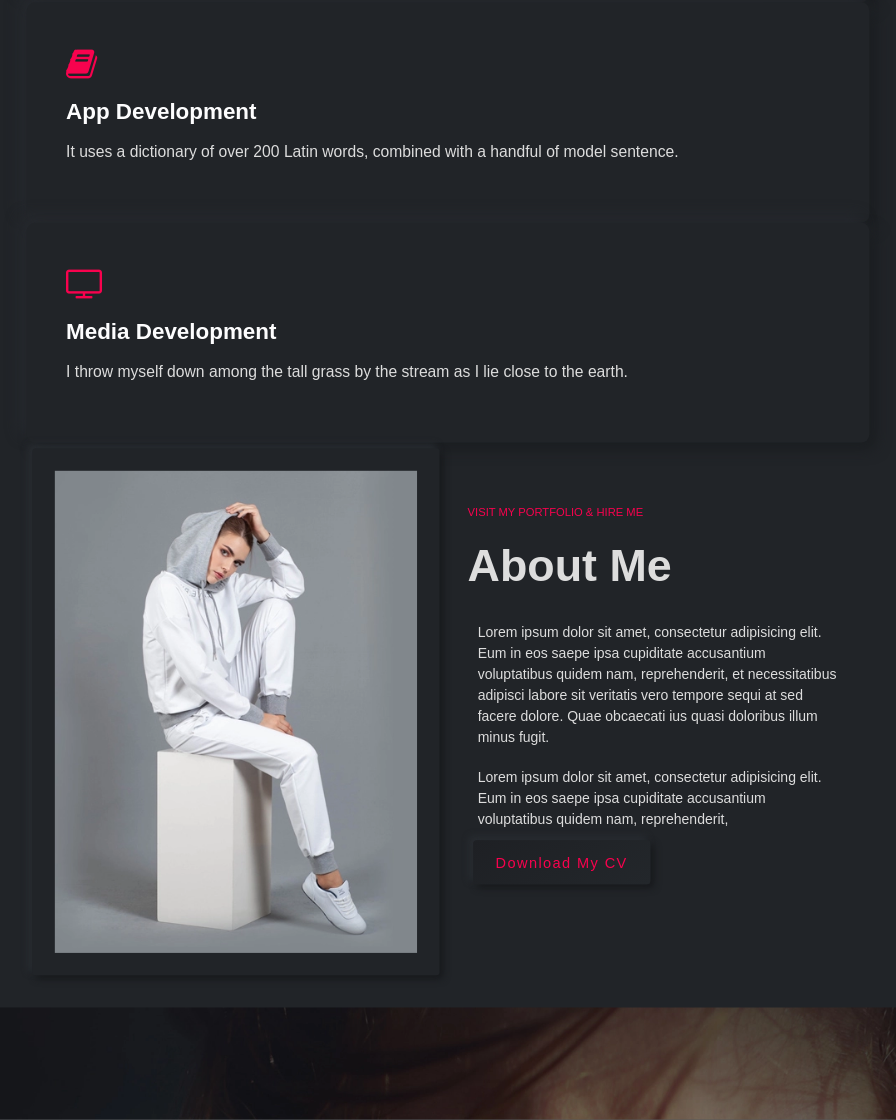
Repository: arminprogramme/inbio
Page: /
An editor plug-in stored every save of this project. The page is shown before and after the next save, followed by the edit.
The browser window is 1280 px wide. The pictures show the part of the page from y = 1275 to 3195 px (the page is 2875 px tall before and 3195 px after), at 70% of full size.
Some web libraries are served in a nearby version. The project was rebuilt for these pictures with package versions that can differ from the ones it lists, and the page was loaded fresh each time. Also part of the build but not shown: vite.config.js.

Above is the page before, as saved 2023-10-20 04:07:04.

### index.html
<!doctype html>
<html lang="en">

<head>
    <meta charset="UTF-8" />
    <link rel="icon" type="image/svg+xml" href="/vite.svg" />
    <link rel="stylesheet" href="https://cdnjs.cloudflare.com/ajax/libs/font-awesome/4.7.0/css/font-awesome.min.css">
    <link href="https://cdnjs.cloudflare.com/ajax/libs/flowbite/1.8.1/flowbite.min.css" rel="stylesheet" />
    <meta name="viewport" content="width=device-width, initial-scale=1.0" />
    <title>Vite + React</title>
</head>

<body>
    <div id="root"></div>
    <script src="https://cdnjs.cloudflare.com/ajax/libs/flowbite/1.8.1/flowbite.min.js"></script>
    <script type="module" src="/src/main.jsx"></script>
</body>

</html>

### src/App.jsx
import   { Component } from 'react';
import LandingPage from './Component/LandingPage.jsx'
import './App.css'

class App extends Component {


  render() {
    return (
    <div>
      <LandingPage />
    </div>
    );
  }


}

export default App;

### src/index.css
:root {
    font-family: Inter, system-ui, Avenir, Helvetica, Arial, sans-serif;
}

a {
    font-weight: 500;
    color: #646cff;
    text-decoration: inherit;
}

* {
    padding: 0;
    margin: 0;
    box-sizing: border-box;
}

@tailwind base;
@tailwind components;
@tailwind utilities;
a:hover {
    color: #535bf2;
}

body {
    margin: 0;
    font-family: 'Vazir', sans-serif;
}

h1 {
    font-size: 3.2em;
    line-height: 1.1;
}

@media (prefers-color-scheme: light) {
     :root {
        color: #213547;
        background-color: #ffffff;
    }
    a:hover {
        color: #747bff;
    }
    button {
        background-color: #f9f9f9;
    }
}

### src/Component/LandingPage.jsx
import  { Component } from 'react';
import Header from './Header/Header.jsx'
import Body from './Body/Body.jsx'
//import Footer from './Footer/Footer.jsx'
class LandingPage extends Component {
    render() {
        return (
            <div>
                <Header/>
                <Body/>

            </div>
        );
    }
}

export default LandingPage;

### src/Component/Header/Header.jsx
import  { Component } from 'react';
import NavBar from './Navbar.jsx'
import './Header.css'
class Header extends Component {
    render() {
        return (
            <div>
                <NavBar/>
                <div className="banner-header text-center">
                    <h1 className='font-bold text-white'>KRISTINA SOMOLYER</h1>
                    <p>American Supermodel & Entrepreneur</p>
                </div>
            </div>
        );
    }
}

export default Header;

### src/Component/Body/Body.jsx
import  { Component } from 'react';
import Services from './Services/Services.jsx'
import About from './About/About.jsx'
import './Body.css'
class Body extends Component {
    render() {
        return (
            <>
            <div className='black-bg '>
                <div className="limit-width">
                    <Services/>
                    <About/>
                </div>
                <div className="girl-bg">

                </div>
            </div>
            </>
        );
    }
}

export default Body;

### src/Component/Header/Navbar.jsx
import  { Component } from 'react';

class Navbar extends Component {
    render() {
        return (
            <div>

<nav className=" black-bg">
  <div className="max-w-screen-xl flex flex-wrap items-center justify-between mx-auto p-6">
    <a href="https://.com/" className="flex items-center">
       <h2 className='text-white'>React Project</h2>
    </a>
    <button data-collapse-toggle="navbar-default" type="button"  className="inline-flex items-center p-2 w-10 h-10 justify-center text-sm text-white rounded-lg md:hidden " aria-controls="navbar-default" aria-expanded="false">
    <i className="fa fa-bars text-white"></i>

    </button>
    <div className="hidden w-full md:block md:w-auto" id="navbar-default">
      <ul className="font-medium flex flex-col p-4 md:p-0 mt-4 border border-gray-100 rounded-lg text-white md:flex-row md:space-x-8 md:mt-0 md:border-0 black-bg">
        <li>
          <a href="#" className="block py-2 pl-3 pr-4 text-white md:hover:text-gray-700 dark:text-white md:dark:hover:text-gray-500 rounded md:bg-transparent md:p-0 " aria-current="page">Home</a>
        </li>
        <li>
          <a href="#" className="block py-2 pl-3 pr-4 text-gray-900 rounded hover:bg-gray-100 md:hover:bg-transparent md:border-0 md:hover:text-gray-700 md:p-0 dark:text-white md:dark:hover:text-gray-500 dark:hover:bg-gray-700 dark:hover:text-white md:dark:hover:bg-transparent">About</a>
        </li>
        <li>
          <a href="#" className="block py-2 pl-3 pr-4 text-gray-900 rounded md:hover:text-gray-700 md:p-0 dark:text-white md:dark:hover:text-gray-500 dark:hover:bg-gray-700 dark:hover:text-white md:dark:hover:bg-transparent">Services</a>
        </li>
        <li>
          <a href="#" className="block py-2 pl-3 pr-4 text-gray-900 rounded hover:bg-gray-100 md:hover:bg-transparent md:border-0 md:hover:text-gray-700 md:p-0 dark:text-white md:dark:hover:text-gray-500 dark:hover:bg-gray-700 dark:hover:text-white md:dark:hover:bg-transparent">Pricing</a>
        </li>
        <li>
          <a href="#" className="block py-2 pl-3 pr-4 text-gray-900 rounded hover:bg-gray-100 md:hover:bg-transparent md:border-0md:hover:text-gray-700 md:p-0 dark:text-white md:dark:hover:text-gray-500 dark:hover:bg-gray-700 dark:hover:text-white md:dark:hover:bg-transparent">Contact</a>
        </li>
      </ul>
    </div>
  </div>
</nav>

            </div>
        );
    }
}

export default Navbar;

### src/Component/Header/Header.css
.black-bg {
    background-color: #212428;
}

.banner-header {
    background-image: url(../../../bg-image-12.webp);
    background-position: center;
    background-size: cover;
    padding: 20.25rem 0;
}

.banner-header h1 {
    letter-spacing: 6px;
    font-size: 3.2rem;
}

.banner-header p {
    letter-spacing: 6px;
    font-size: 1.2rem;
    padding: 2rem 0;
    color: #fff;
}

### src/Component/Body/Services/Services.jsx
import  { Component } from 'react';
import ServicesItem from './ServicesItem.jsx'
import './Services.css'
class Services extends Component {

    constructor(props){
        super(props)

        this.state = {
            services : [
                {id : 1 , icon : 'red-color fa fa-bars' , title : 'Web Development' , text : 'I throw myself down among the tall grass by the stream as I lie close to the earth.'},
                {id : 2 , icon : 'red-color fa fa-book' , title : 'App Development' , text : 'It uses a dictionary of over 200 Latin words, combined with a handful of model sentence.'},
                {id : 3 , icon : 'red-color fa fa-television' , title : 'Media Development' , text : 'I throw myself down among the tall grass by the stream as I lie close to the earth.'},
            ]
        }
    }
    render() {
        return (
            <div>
              <div className="grid  grid-cols-1 lg:grid-cols-3 gap-10">
              {this.state.services.map(services => {
                return <ServicesItem key={services.id} {...services} />
               })}
              </div>
            </div>
        );
    }
}

export default Services;

### src/Component/Body/About/About.jsx
import  { Component } from 'react';
import ButtonSpecial from '../Buttons/ButtonSpecial.jsx'
import   './About.css'
class About extends Component {

    constructor(props){
        super(props)

        this.state= {
            title : 'Download My CV'
        }
    }
    render() {
        return (
            <div>
                <div className="about-container my-52 grid grid-cols-1 lg:grid-cols-2 gap-2">
                    <div className="img-about">
                        <div className="inner-img-about">
                            <img src="about-5.webp" className='rounded' alt="" />
                        </div>
                    </div>
                    <div className="content-about">
                        <h5 className='red-color'>VISIT MY PORTFOLIO & HIRE ME</h5>
                        <h2>About Me</h2>
                        <p>Lorem ipsum dolor sit amet, consectetur adipisicing elit. Eum in eos saepe ipsa cupiditate accusantium voluptatibus quidem nam, reprehenderit, et necessitatibus adipisci labore sit veritatis vero tempore sequi at sed facere dolore. Quae obcaecati ius quasi doloribus illum minus fugit.</p>
                        <p>Lorem ipsum dolor sit amet, consectetur adipisicing elit. Eum in eos saepe ipsa cupiditate accusantium voluptatibus quidem nam, reprehenderit,</p>

                       <div className="mx-2 button-about">
                       <ButtonSpecial title={this.state.title}/>
                       </div>
                    </div>
                </div>
            </div>
        );
    }
}

export default About;

### src/Component/Body/Body.css
.limit-width {
    max-width: 1450px;
    padding: 6rem 3% 3%;
    margin: auto;
}

.girl-bg {
    background-image: url(../../../bg-image-8.webp);
    padding: 5em;
}

### src/Component/Body/Services/ServicesItem.jsx
import { Component } from 'react';

class ServicesItem extends Component {
    render() {
        return (
            <div className='services-item'>
                <div className="icon-services">
                    <i className={this.props.icon}></i>
                </div>
                <div className="content-services">
                <h2 className='font-bold'>{this.props.title}</h2>
                <p>{this.props.text}</p>
                </div>
            </div>
        );
    }
}

export default ServicesItem;

### src/Component/Body/Services/Services.css
.icon-services i {
    font-size: 3rem;
}

.red-color {
    color: #f8024e;
}

.content-services {
    padding: 1.2rem 0;
    color: #FDFDFE;
}

.content-services h2 {
    font-size: 2rem;
    padding-bottom: 1rem;
}

.content-services p {
    line-height: 2.25rem;
    font-size: 1.4rem;
}

.services-item {
    border-radius: 12px;
    transition: 0.5s!important;
    padding: 4rem 3.5rem;
    background: #212428;
    box-shadow: 10px 10px 20px #1b1e21, -10px -10px 20px #272a2f;
    -webkit-transition: 0.5s!important;
    -moz-transition: 0.5s!important;
    -ms-transition: 0.5s!important;
    -o-transition: 0.5s!important;
    cursor: pointer;
}

.services-item:hover {
    border-radius: 12px;
    transform: translateY(-1.2rem);
    transition: 0.5s!important;
    background: linear-gradient(145deg, #23272b, #16171a);
    box-shadow: 10px 10px 13px #1b1e21, -10px -10px 13px #272a2f;
    -webkit-transition: 0.5s!important;
    -moz-transition: 0.5s!important;
    -ms-transition: 0.5s!important;
    -o-transition: 0.5s!important;
    -webkit-transform: translateY(-1.2rem);
    -moz-transform: translateY(-1.2rem);
    -ms-transform: translateY(-1.2rem);
    -o-transform: translateY(-1.2rem);
}

### src/Component/Body/Buttons/ButtonSpecial.jsx
import  { Component } from 'react';
import   './Buttons.css'
class ButtonSpecial extends Component {
    render() {
        return (
           <button className='sp-button red-color'>{this.props.title}</button>
        );
    }
}

export default ButtonSpecial;

### src/Component/Body/About/About.css
.inner-img-about,
.img-about {
    padding: 0.5rem;
    border-radius: 5px;
    max-width: 100%;
}

.inner-img-about {
    border-radius: 5px;
    background: #212428;
    box-shadow: 5px 5px 10px #17191c, -5px -5px 10px #2b2f34;
    -webkit-border-radius: 5px;
    -moz-border-radius: 5px;
    -ms-border-radius: 5px;
    -o-border-radius: 5px;
}

.inner-img-about img {
    width: 100%;
    border-radius: 5px!important;
    -webkit-border-radius: 5px!important;
    -moz-border-radius: 5px!important;
    padding: 1.5rem;
    -ms-border-radius: 5px!important;
    -o-border-radius: 5px!important;
}

.content-about {
    margin: 5.5rem 1.5rem;
}

.content-about h2,
p {
    color: #ddd;
}

.content-about h2 {
    font-size: 4rem;
    padding: 1rem 0;
    font-weight: bold;
}

.content-about p {
    font-size: 1.25rem;
    padding: 0.9rem;
}

### src/Component/Body/Buttons/Buttons.css
.sp-button {
    border-radius: 5px;
    background: linear-gradient(145deg, #1e2024, #23272b);
    box-shadow: 5px 5px 10px #17191c, -5px -5px 10px #2b2f34;
    padding: 1rem 2rem;
    font-size: 1.3rem;
    -webkit-border-radius: 5px;
    -moz-border-radius: 5px;
    letter-spacing: 2px;
    -ms-border-radius: 5px;
    transition: 0.3s;
    -o-border-radius: 5px;
    -webkit-transition: 0.3s;
    -moz-transition: 0.3s;
    -ms-transition: 0.3s;
    -o-transition: 0.3s;
}

.sp-button:hover {
    transition: 0.3s;
    border-radius: 5px;
    transform: translateY(-3px);
    background: linear-gradient(145deg, #23272b, #1e2024);
    box-shadow: 5px 5px 10px #17191c, -5px -5px 10px #2b2f34;
    -webkit-border-radius: 5px;
    -moz-border-radius: 5px;
    -ms-border-radius: 5px;
    -o-border-radius: 5px;
    -webkit-transition: 0.3s;
    -moz-transition: 0.3s;
    -ms-transition: 0.3s;
    -o-transition: 0.3s;
    -webkit-transform: translateY(-3px);
    -moz-transform: translateY(-3px);
    -ms-transform: translateY(-3px);
    -o-transform: translateY(-3px);
}

Loaded but not shown: src/main.jsx (common file); src/App.css (common file)

After the next save:
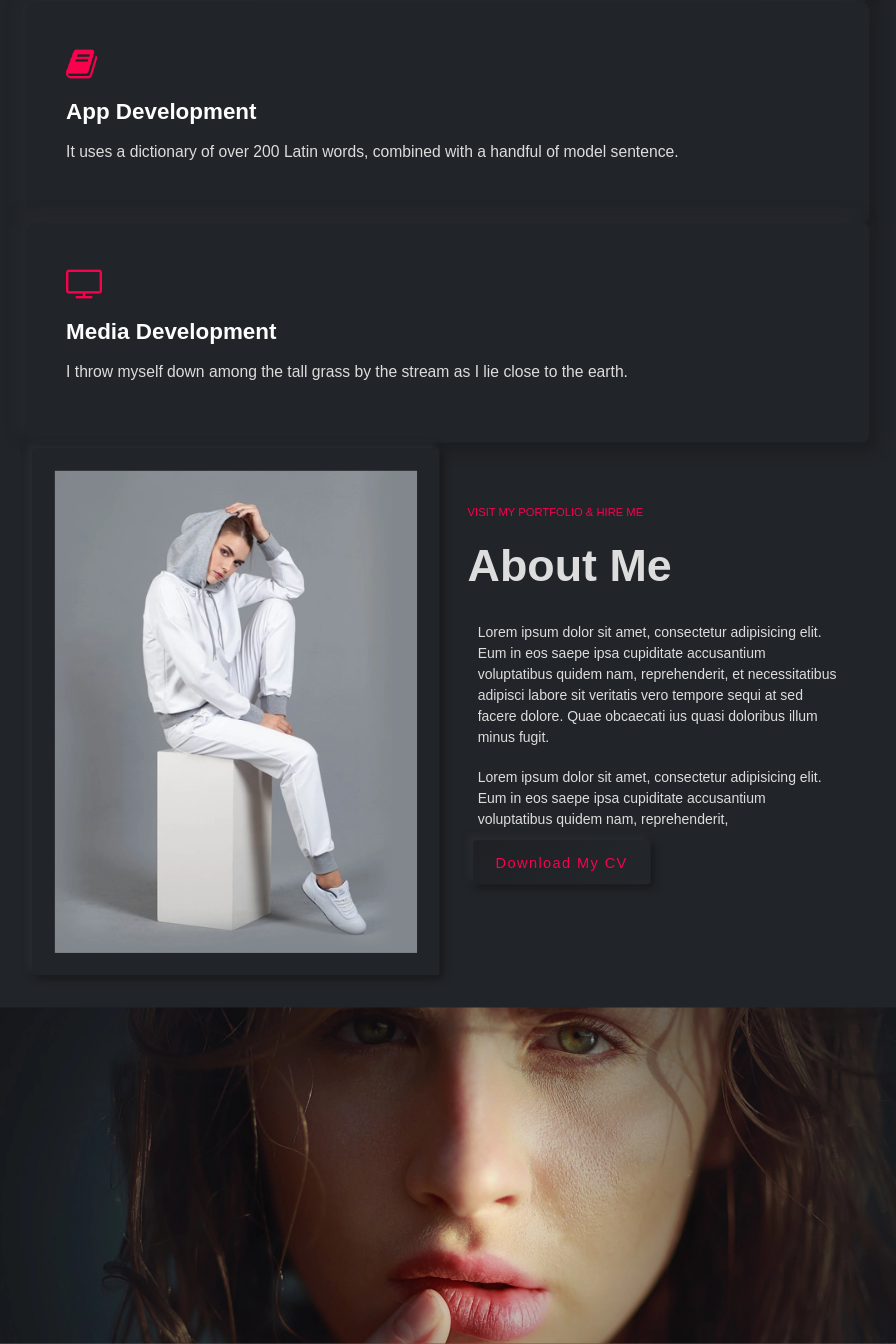
Saved 68 s later.
--- a/src/Component/Body/Body.css
+++ b/src/Component/Body/Body.css
@@ -6,5 +6,7 @@
 
 .girl-bg {
     background-image: url(../../../bg-image-8.webp);
-    padding: 5em;
+    padding: 15em;
+    background-size: cover;
+    background-position: center;
 }
